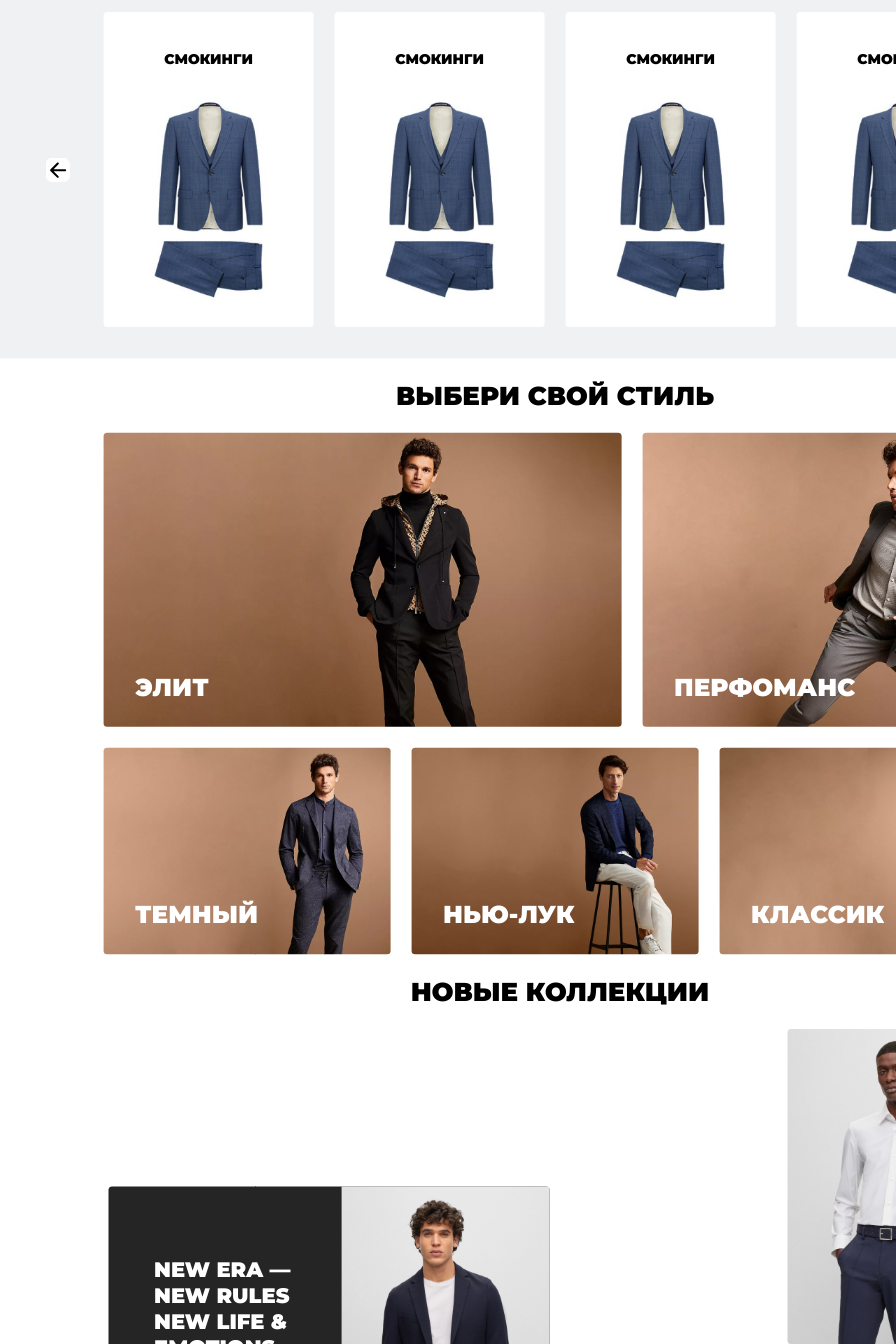
Repository: MaksimKrupkin/SigmaEllegance
Page: /
The author's editor kept a copy of each file at every save. The page is drawn from the files as they stood at one save, then again after the next save.
The browser window is 1280 px wide. The pictures show the part of the page from y = 873 to 2793 px (the page is 2793 px tall), at 70% of full size.
An inner scrolling area shows only its first screen. Some web fonts or font styles are not loaded; a fallback is used. The project was rebuilt for these pictures with package versions that can differ from the ones it lists, and the page was loaded fresh each time.

Above is the page before, as saved 2023-11-23 22:39:49.

### public/index.html
<!DOCTYPE html>
<html lang="en">
  <head>
    <meta charset="utf-8" />

    <meta name="viewport" content="width=device-width, initial-scale=1" />

    <link rel="preconnect" href="https://fonts.googleapis.com" />
    <link rel="preconnect" href="https://fonts.gstatic.com" crossorigin />
    <link
      href="https://fonts.googleapis.com/css2?family=Roboto:wght@400;500;700&display=swap"
      rel="stylesheet" />
    <link
      href="https://fonts.googleapis.com/css2?family=Montserrat:ital,wght@0,300;0,500;0,600;0,900;1,400;1,500&family=Roboto:wght@400;500;700&display=swap"
      rel="stylesheet" />
    <link rel="preconnect" href="https://fonts.googleapis.com" />
    <link rel="preconnect" href="https://fonts.gstatic.com" crossorigin />
    <link
      href="https://fonts.googleapis.com/css2?family=Montserrat:wght@300&family=Roboto:wght@400;500;700&display=swap"
      rel="stylesheet" />
    <link href="https://fonts.cdnfonts.com/css/montserrat" rel="stylesheet" />
    <title>SigmaEllegance</title>
  </head>
  <body>
    <div id="root"></div>
  </body>
</html>

### src/App.js
import Header from './Components/Header/Header';
import HomePage from './Pages/HomePage';
import styles from './App.module.css';

function App() {
  return (
    <body>
      <div className={styles.container}>
        <Header />
        <HomePage />
      </div>
    </body>
  );
}

export default App;

### src/Components/Header/Header.jsx
import React from 'react';
import styles from './Header.module.css';
import logo from '../../assets/img/logo.svg';
import icon1 from '../../assets/img/Icon1.svg';
import icon2 from '../../assets/img/icon2.svg';
import icon3 from '../../assets/img/icon3.svg';
import icon4 from '../../assets/img/icon4.svg';

function Header() {
  return (
    <header className={styles.header}>
      <div className={styles.left_part}>
        <div className={styles.menu}>
          <img className={styles.icon1} src={icon1} alt="" />
          <p>Меню</p>
        </div>
        <div className={styles.search}>
          <img className={styles.icon2} src={icon2} alt="" />
          <p>Поиск</p>
        </div>
      </div>
      <div className={styles.logo_part}>
        <img className={styles.logo} src={logo} alt="" />
        <p>SigmaEllegance</p>
      </div>
      <div className={styles.right_part}>
        <div className={styles.liked}>
          <p>Желаемое</p>
          <img className={styles.icon3} src={icon3} alt="" />
        </div>
        <div className={styles.purchases}>
          <p>Мой SE</p>
          <img className={styles.icon4} src={icon4} alt="" />
        </div>
      </div>
    </header>
  );
}

export default Header;

### src/Pages/HomePage.jsx
import React from 'react';
import styles from './HomePage.module.css';
import mainScreenImage from '../assets/img/background.png';
import Slider from '../Components/Slider/Slider';
import Styles from '../Components/Styles/Styles';
import Collections from '../Components/Collections/Collections';

function HomePage() {
  return (
    <>
      <div className={styles.mainScreen}>
        <div className={styles.textBlock}>
          <div className={styles.title}>Мужская классика</div>
          <div className={styles.text}>
            Наши фирменные костюмы — это то, чем мы известны. Откройте для себя классические формы и
            оттенки, подходящие для вашего образа жизни.
          </div>
          <button className={styles.mainScreen_button}>Смотреть коллекцию</button>
        </div>
      </div>
      <Slider />
      <Styles />
      <Collections />
    </>
  );
}

export default HomePage;

### src/App.module.css
body {
  font-family: 'Montserrat', sans-serif;
  display: block;
  margin: 0 auto;
  padding: 0;
  width: 100%;
  overflow-x: hidden;
}
.container {
  width: 1600px;
  display: block;
  margin: 0 auto;
  position: relative;
}

*,
*::before,
*::after {
  box-sizing: border-box;
}

/* Links */

a,
a:link,
a:visited {
  text-decoration: none;
}

a:hover {
  text-decoration: none;
}

/* Common */

aside,
nav,
footer,
header,
section,
main {
  display: block;
}

h1,
h2,
h3,
h4,
h5,
h6,
p {
  font-size: inherit;
  font-weight: inherit;
}

ul,
ul li {
  list-style: none;
}

img {
  vertical-align: top;
}

img,
svg {
  max-width: 100%;
  height: auto;
}

address {
  font-style: normal;
}

/* Form */

input,
textarea,
button,
select {
  font-family: inherit;
  font-size: inherit;
  color: inherit;
  background-color: transparent;
}

input::-ms-clear {
  display: none;
}

button,
input[type='submit'] {
  display: inline-block;
  box-shadow: none;
  background-color: transparent;
  background: none;
  cursor: pointer;
}

input:focus,
input:active,
button:focus,
button:active {
  outline: none;
}

button::-moz-focus-inner {
  padding: 0;
  border: 0;
}

label {
  cursor: pointer;
}

legend {
  display: block;
}

### src/Components/Header/Header.module.css
.header {
  font-family: 'Montserrat', sans-serif;
  margin: 0 auto;
  width: 100%;
  height: 10vh;
  display: flex;
  justify-content: space-around;
  align-items: center;
}

.left_part {
  display: flex;
  justify-content: space-between;
  align-items: center;
  gap: 25px;
  color: #000;
  margin-bottom: -2px;

  font-family: Montserrat;
  font-size: 17px;
  font-style: normal;
  font-weight: 400;
  line-height: normal;
}
.menu {
  display: flex;
  justify-content: space-between;
  align-items: center;
  gap: 8px;
}
.icon1 {
  width: 22px;
  height: 22px;
  margin-bottom: 1px;
}
.search {
  display: flex;
  justify-content: space-between;
  align-items: center;
  gap: 8px;
}
.icon2 {
  width: 18px;
  height: 18px;
  margin-bottom: 3px;
}

.logo_part {
  margin-bottom: 3px;
  display: flex;
  justify-content: space-between;
  align-items: center;

  color: #000;

  font-family: Montserrat;
  font-size: 25px;
  font-style: normal;
  font-weight: 400;
  line-height: normal;
}

.logo {
  width: 67.375px;
  height: 69.103px;
  flex-shrink: 0;
  margin-right: -10px;
}
.right_part {
  margin-bottom: -2px;
  display: flex;
  justify-content: space-between;
  align-items: center;
  gap: 23px;
  font-family: Montserrat;
  font-size: 17px;
  font-style: normal;
  font-weight: 400;
  line-height: normal;
}

.liked {
  display: flex;
  justify-content: space-between;
  align-items: center;
  gap: 8px;
}
.icon3 {
  width: 22px;
  height: 22px;
  margin-bottom: 3px;
}

.purchases {
  display: flex;
  justify-content: space-between;
  align-items: center;
  gap: 8px;
}

.icon4 {
  width: 19px;
  height: 19px;
  margin-bottom: 3px;
}

### src/Pages/HomePage.module.css
.mainScreen {
  width: 1900px;
  height: 773px;
  position: relative;
  background-image: url(../assets/img/background.png);
  background-repeat: no-repeat;
  position: relative;
}
.mainScreen__image {
  width: 100%;
  height: 90vh;
}
.textBlock {
  position: absolute;
  top: 200px;
  left: 130px;
}
.title {
  color: #fff;
  font-family: Montserrat;
  font-size: 53px;
  font-style: normal;
  font-weight: 900;
  line-height: normal;
  text-transform: uppercase;
}

.text {
  margin-top: 50px;
  width: 550px;
  color: #fff;
  font-family: Montserrat;
  font-size: 25px;
  font-style: normal;
  font-weight: 400;
  line-height: 135%; /* 33.75px */
}
.mainScreen_button {
  display: flex;
  justify-content: center;
  align-items: center;
  margin-top: 60px;
  font-size: 20px;
  height: 40px;
  padding-left: 10px;
  padding-right: 10px;
  color: white;
  border: 3px solid white;
  border-radius: 5px;
  transition: all 0.1s ease-in;
}
.mainScreen_button:hover {
  scale: 1.02;
}

### src/Components/Slider/Slider.jsx
import React from 'react';
import styles from './Slider.module.css';
import leftArrow from '../../assets/img/Left Arrow.svg';
import rightArrow from '../../assets/img/Right Arrow.svg';
import SliderCard from '../SliderCard/SliderCard';

export default function Slider() {
  return (
    <div className={styles.slider_wrapper}>
      <img className={styles.leftArrow} src={leftArrow} alt="" />

      <div className={styles.slider}>
        <SliderCard />
        <SliderCard />
        <SliderCard />
        <SliderCard />
      </div>
      <img className={styles.rightArrow} src={rightArrow} alt="" />
    </div>
  );
}

### src/Components/Styles/Styles.jsx
import React from 'react';
import styles from './Styles.module.css';

export default function Styles() {
  return (
    <section className={styles.styles_section}>
      <h2 className={styles.title}>Выбери свой стиль</h2>
      <div className={styles.styles_wrapper}>
        <div className={styles.topLine}>
          <a>
            <div className={styles.style1}>
              <span className={styles.subtitle}>Элит</span>
            </div>
          </a>
          <a>
            <div className={styles.style2}>
              <span className={styles.subtitle}>Перфоманс</span>
            </div>
          </a>
        </div>
        <div className={styles.bottomLine}>
          <a>
            <div className={styles.style3}>
              <span className={styles.subtitle}>Темный</span>
            </div>
          </a>
          <a>
            <div className={styles.style4}>
              <span className={styles.subtitle}>Нью-лук</span>
            </div>
          </a>
          <a>
            <div className={styles.style5}>
              <span className={styles.subtitle}>Классик</span>
            </div>
          </a>
        </div>
      </div>
    </section>
  );
}

### src/Components/Collections/Collections.jsx
import React from 'react';
import styles from './Collections.module.css';

export default function Collections() {
  return (
    <section className={styles.collections_section}>
      <h2 className={styles.title}>Новые коллекции</h2>
      <div className={styles.collections_wrapper}>
        <div className={styles.collections_top}>
          <a className={styles.link_wrapper}>
            <div className={styles.collection1}>
              <p className={styles.subtitle}>New era —New Rules New life & emotions</p>
              <a className={styles.button}>Смотреть</a>
              <div className={styles.rightPart}></div>
            </div>
          </a>
          <div className={styles.collection2}></div>
        </div>
        <div className={styles.collections_bottom}></div>
      </div>
    </section>
  );
}

### src/Components/Slider/Slider.module.css
.slider_wrapper {
  width: 1586px;
  height: 540px;
  background-color: #eff1f3;
  display: flex;
  flex-wrap: nowrap;
  justify-content: space-between;
  align-items: center;
  gap: 20px;
  overflow: hidden;
  padding-left: 65px;
  padding-right: 65px;
}
.leftArrow {
  display: block;
  width: 35px;
  height: 35px;
}
.slider {
  width: 1290px;
  display: flex;
  justify-content: space-between;
  align-items: center;
  gap: 30px;
}
.rightArrow {
  display: block;
  width: 35px;
  height: 35px;
}

### src/Components/SliderCard/SliderCard.jsx
import React from 'react';
import styles from './SliderCard.module.css';
import cardImage from '../../assets/img/card1.png';

export default function SliderCard() {
  return (
    <div className={styles.card}>
      <p className={styles.card_title}>Смокинги</p>
      <img className={styles.card_image} src={cardImage} alt="" />
    </div>
  );
}

### src/Components/Styles/Styles.module.css
.styles_section {
  width: 1586px;
  background-color: white;
  display: flex;
  flex-direction: column;
  align-items: center;
}
.title {
  color: #000;
  font-family: Montserrat;
  font-size: 37px;
  font-style: normal;
  font-weight: 700;
  line-height: normal;
  text-transform: uppercase;
}
.styles_wrapper {
  width: 1290px;
  display: flex;
  flex-direction: column;
  justify-content: space-between;
  gap: 30px;
}
.topLine {
  display: flex;
  justify-content: space-between;
  align-items: center;
  gap: 30px;
}

.bottomLine {
  display: flex;
  justify-content: space-between;
  align-items: center;
  gap: 30px;
}
.style1 {
  width: 740px;
  height: 420px;
  background-image: url(../../assets/img/style-1.png);
  color: #fff;
  border-radius: 5px;
  position: relative;
}
.style2 {
  width: 520px;
  height: 420px;
  background-image: url(../../assets/img/style-2.png);
  color: #fff;
  border-radius: 5px;
  position: relative;
}
.style3 {
  width: 410px;
  height: 295px;
  background-image: url(../../assets/img/style-3.png);
  color: #fff;
  border-radius: 5px;
  position: relative;
}
.style4 {
  width: 410px;
  height: 295px;
  background-image: url(../../assets/img/style-4.png);
  color: #fff;
  border-radius: 5px;
  position: relative;
}
.style5 {
  width: 410px;
  height: 295px;
  background-image: url(../../assets/img/style-5.png);
  color: #fff;
  border-radius: 5px;
  position: relative;
}
.subtitle {
  font-family: Montserrat;
  font-size: 35px;
  font-style: normal;
  font-weight: 800;
  line-height: normal;
  text-transform: uppercase;
  position: absolute;
  bottom: 35px;
  left: 45px;
}

### src/Components/Collections/Collections.module.css
.collections_section {
  width: 1600px;
  display: flex;
  flex-direction: column;
  align-items: center;
}
.title {
  color: #000;

  font-family: Montserrat;
  font-size: 37px;
  font-style: normal;
  font-weight: 700;
  line-height: normal;
  text-transform: uppercase;
}
.collections_wrapper {
  width: 1290px;
  display: flex;
  flex-direction: column;
  justify-content: center;
}
.collections_top {
  display: flex;
  align-items: center;
  justify-content: space-between;
  gap: 30px;
}
.link_wrapper {
  display: block;
}
.collection1 {
  width: 630px;
  height: 450px;
  background-color: #252525;
  position: absolute;
  border-radius: 5px;
}

.subtitle {
  position: relative;
  top: 70px;
  left: 65px;
  width: 195px;
  height: 148px;
  color: #fff;
  font-family: Montserrat;
  font-size: 30px;
  font-style: normal;
  font-weight: 900;
  line-height: normal;
  text-transform: uppercase;
}
.button {
  position: relative;
  top: 118px;
  left: 65px;
  display: block;
  width: 118px;
  height: 36px;
  border: 2px solid white;
  border-radius: 2px;
  background-color: transparent;
  color: white;
  padding-top: 8px;
  text-align: center;
  font-size: 13px;
  font-style: normal;
  font-weight: 700;
  line-height: normal;
}
.rightPart {
  position: inherit;
  border-top-right-radius: 4px;
  border-bottom-right-radius: 5px;
  top: 0;
  right: 0;
  width: 297px;
  height: 100%;
  background-image: url(../../assets/img/collection1.png);
}
.collection2 {
  display: block;
  height: 450px;
  width: 300px;
  border-radius: 5px;
  margin-right: 20px;

  background-image: url(../../assets/img/collection2.png);
}

### src/Components/SliderCard/SliderCard.module.css
.card {
  width: 300px;
  height: 450px;
  background-color: white;
  border-radius: 5px;
  display: flex;
  flex-direction: column;
  align-items: center;
  padding-top: 35px;
  padding-bottom: 65px;
  gap: 25px;
}
.card_title {
  color: #000;
  font-family: Montserrat;
  font-size: 20px;
  font-style: normal;
  font-weight: 700;
  line-height: normal;
  text-transform: uppercase;
}

.card_image {
  width: 190px;
}

Loaded but not shown: src/index.js (common file)

After the next save:
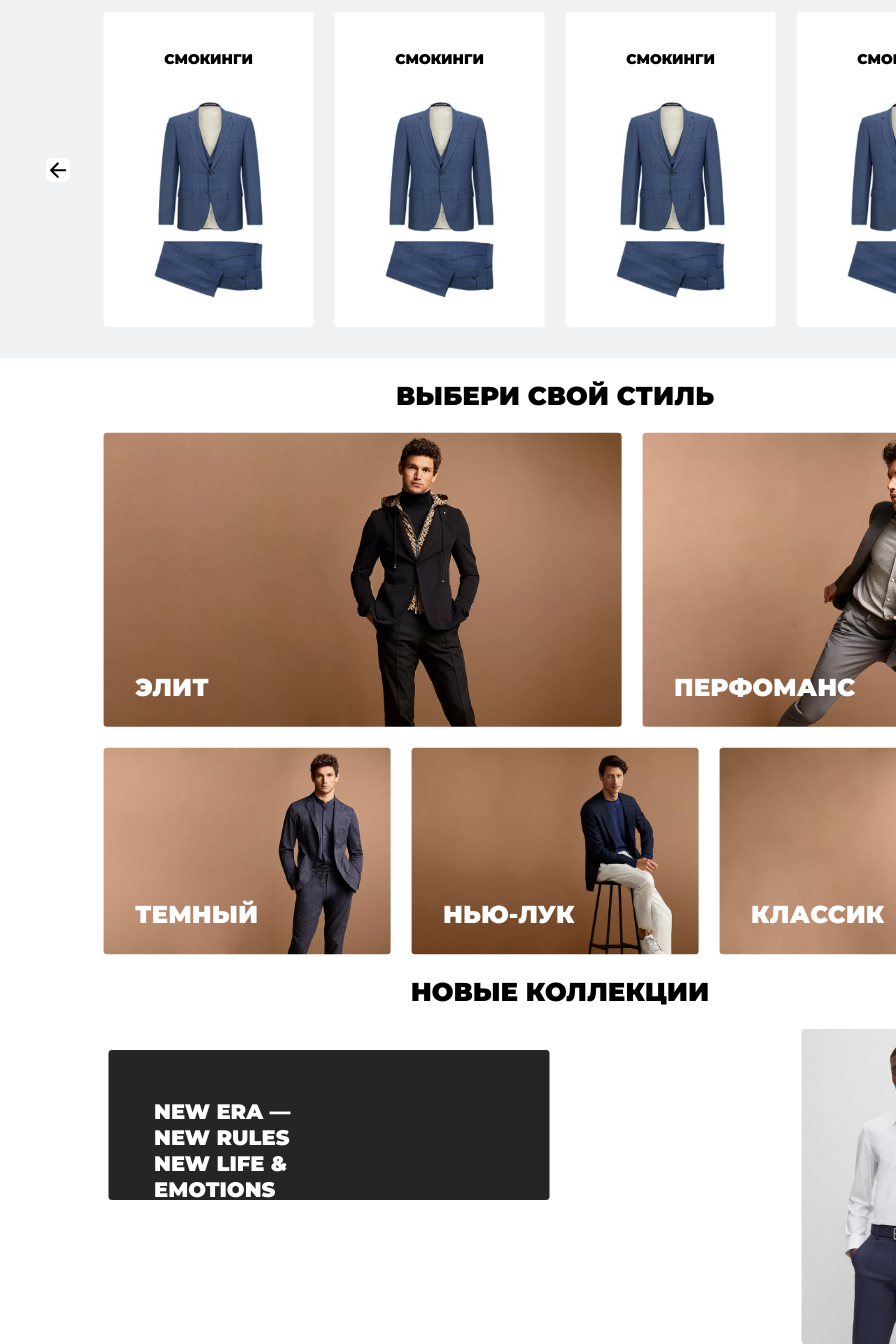
Saved 104 s later.
--- a/src/Components/Collections/Collections.module.css
+++ b/src/Components/Collections/Collections.module.css
@@ -22,19 +22,22 @@
 }
 .collections_top {
   display: flex;
-  align-items: center;
+  align-items: flex-start; /* Расположение элементов по вертикали */
   justify-content: space-between;
   gap: 30px;
-}
-.link_wrapper {
-  display: block;
+  height: 450px; /* Высота для согласования высоты обеих коллекций */
 }
 .collection1 {
   width: 630px;
-  height: 450px;
+  height: 100%; /* Распределение высоты на основе высоты родительского контейнера */
   background-color: #252525;
-  position: absolute;
   border-radius: 5px;
+}
+.collection2 {
+  width: 300px;
+  height: 100%; /* Распределение высоты на основе высоты родительского контейнера */
+  border-radius: 5px;
+  background-image: url(../../assets/img/collection2.png);
 }
 
 .subtitle {
@@ -79,12 +82,3 @@
   height: 100%;
   background-image: url(../../assets/img/collection1.png);
 }
-.collection2 {
-  display: block;
-  height: 450px;
-  width: 300px;
-  border-radius: 5px;
-  margin-right: 20px;
-
-  background-image: url(../../assets/img/collection2.png);
-}
